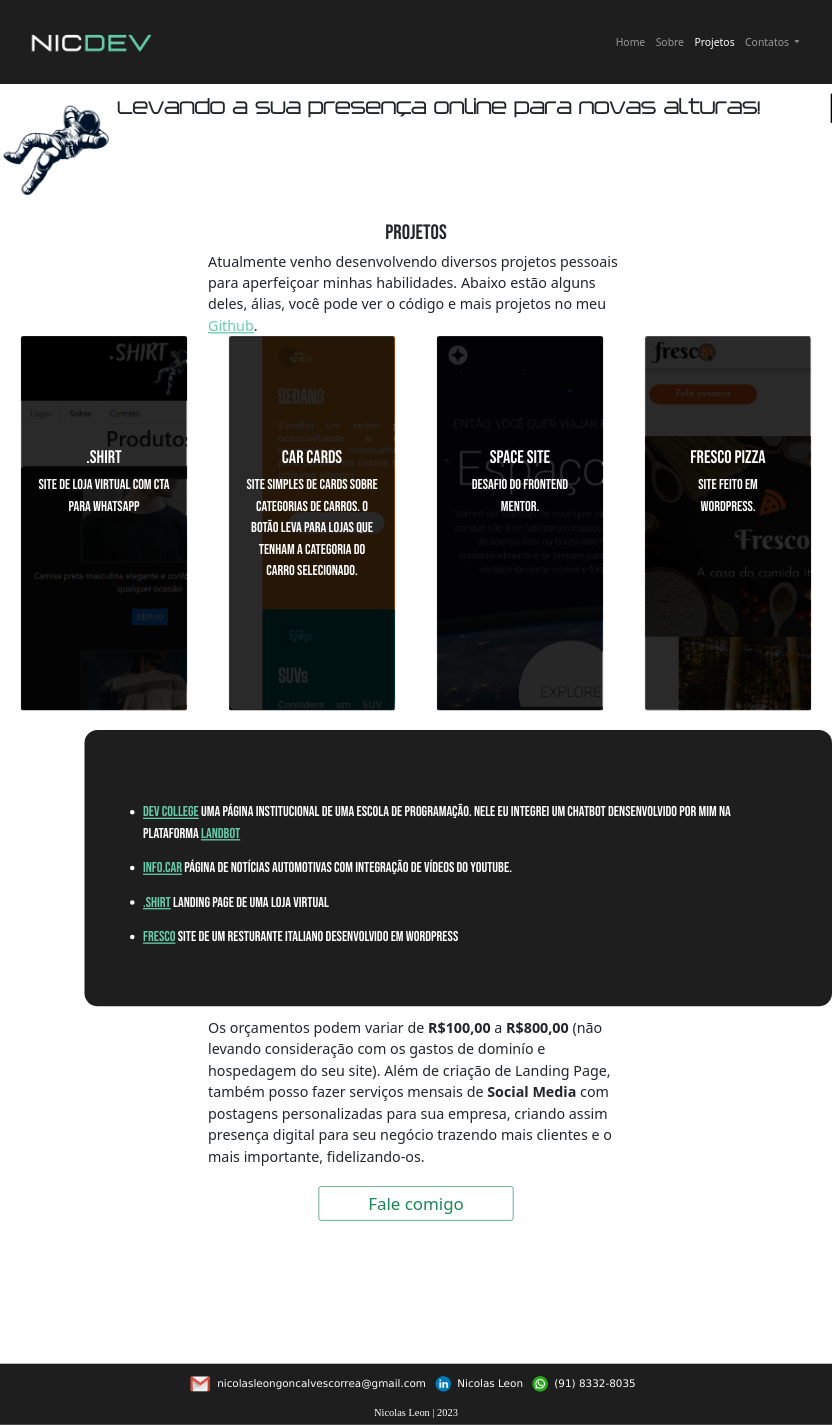
Repository: Leonngc/nicdev
Page: projects.html
An editor plug-in stored every save of this project. The page is shown before and after the next save, followed by the edit.
The browser window is 1280 px wide. The pictures show the whole page, at 65% of full size.

Above is the page before, as saved 2023-06-04 23:15:55.

After the next save:
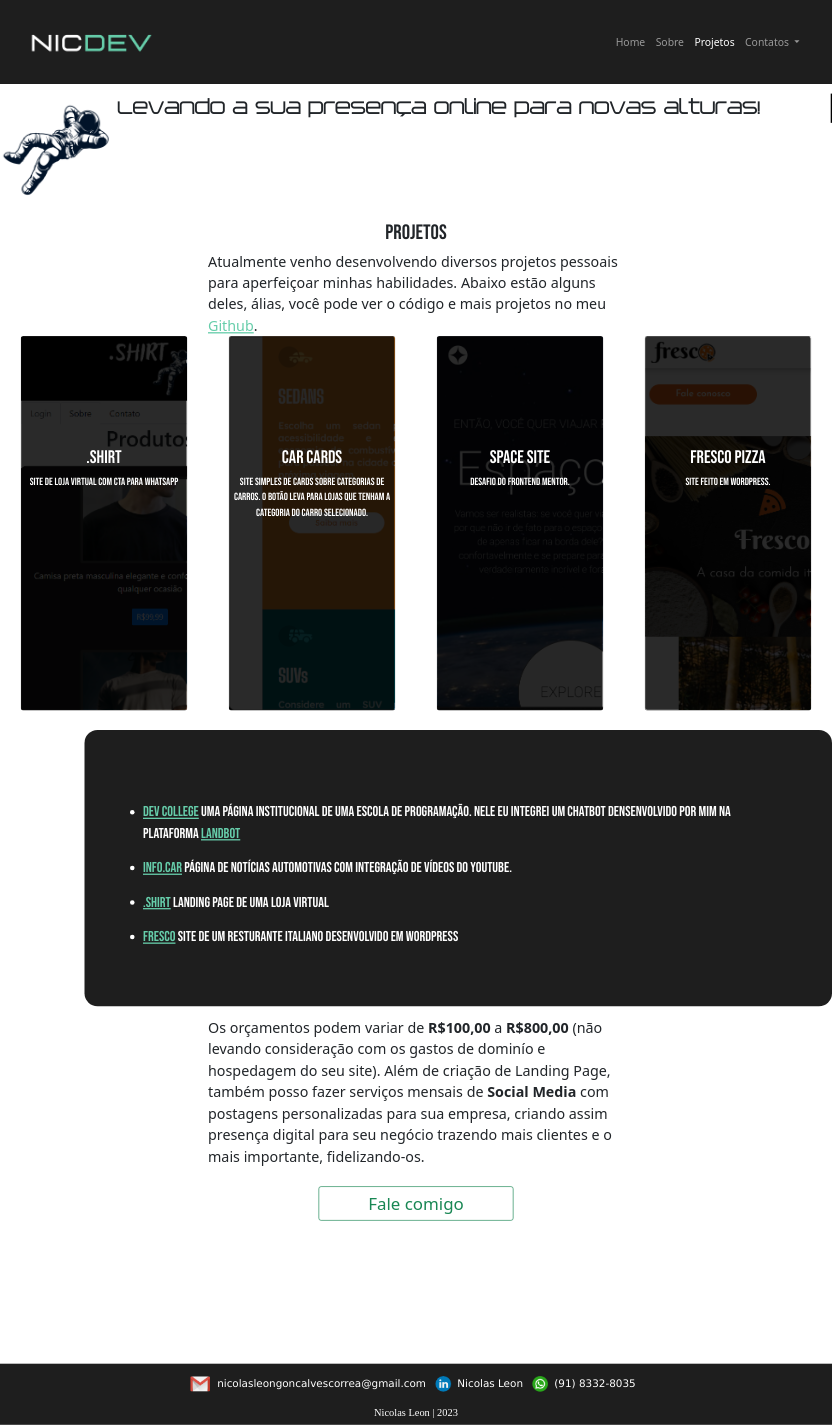
Saved 28 s later.
--- a/styles/projects.css
+++ b/styles/projects.css
@@ -144,6 +144,8 @@
   margin-top: 55%;
 }
 
+.info-card
+
 .info-card > p{
   width: 80%;
   margin: auto;

After the save that followed:
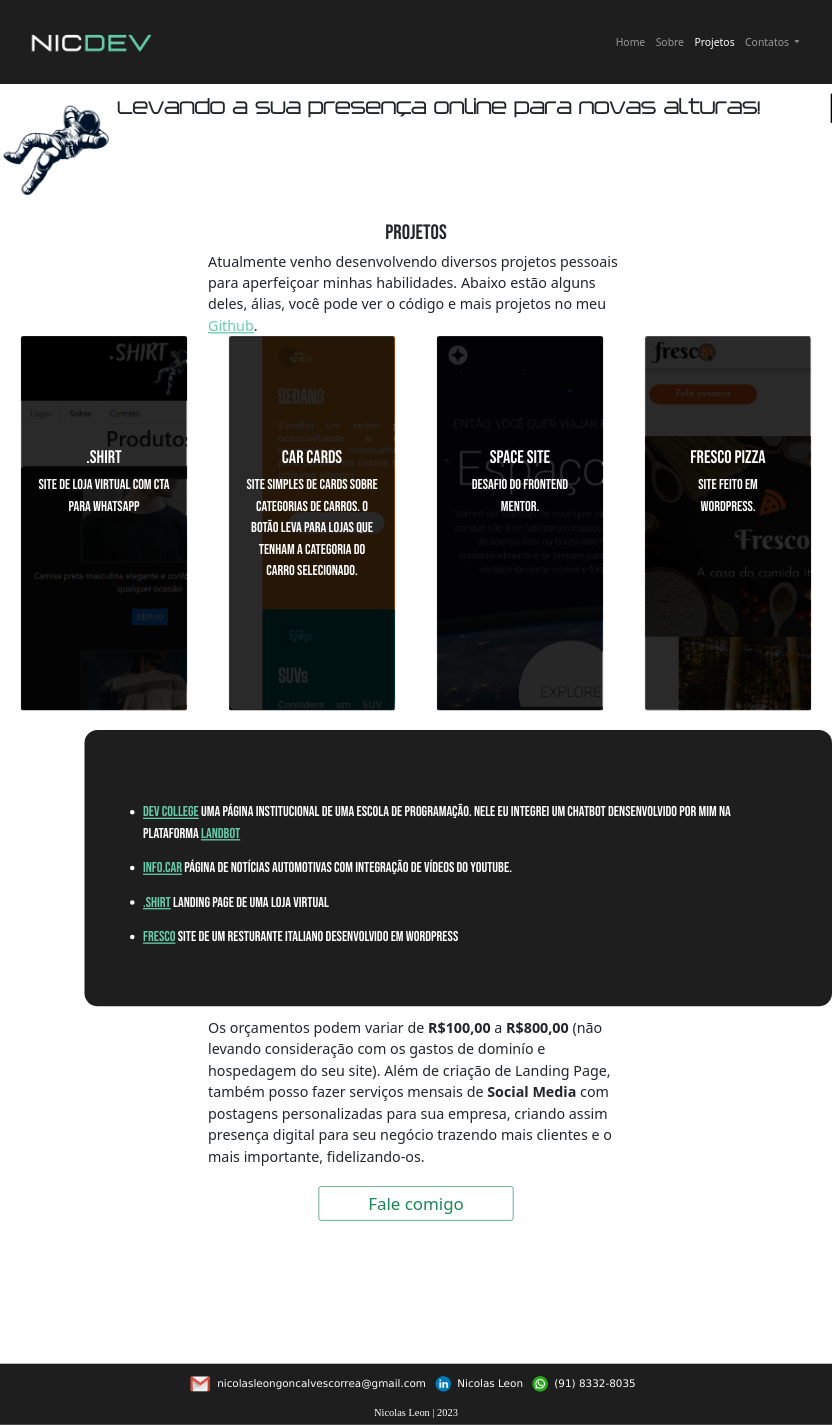
Saved 4 s later.
--- a/styles/projects.css
+++ b/styles/projects.css
@@ -144,7 +144,9 @@
   margin-top: 55%;
 }
 
-.info-card
+.info-card > h3{
+
+}
 
 .info-card > p{
   width: 80%;
